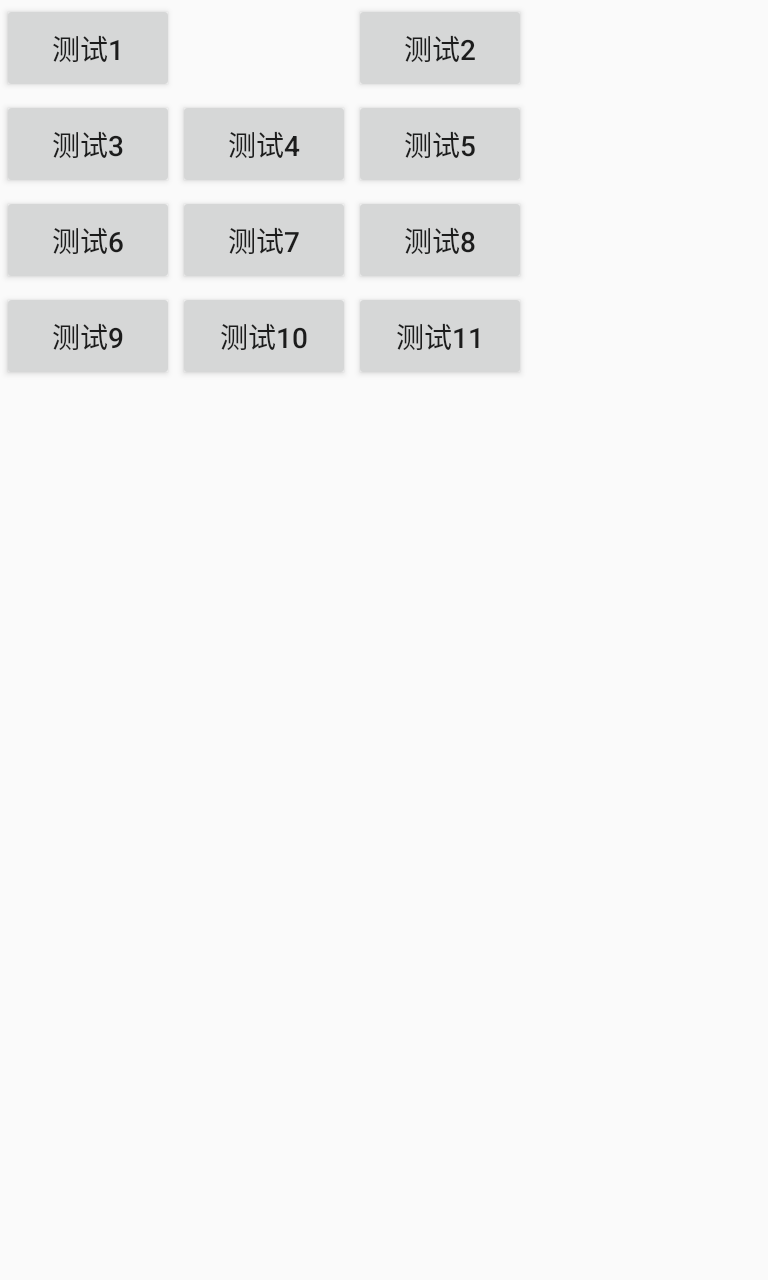
Repository: A207/guanjingjing
Layout: day4/LayoutApp/res/layout/ActivityGridLayout.xml
The author's editor kept a copy of each file at every save. The layout is drawn from the files as they stood at one save, then again after the next save.
It is drawn on a 768 x 1280 px phone screen (xhdpi) without system bars, with theme AppTheme; the app's code is not run.

Above is the layout before, as saved 2015-07-09 11:22:08.

After the next save:
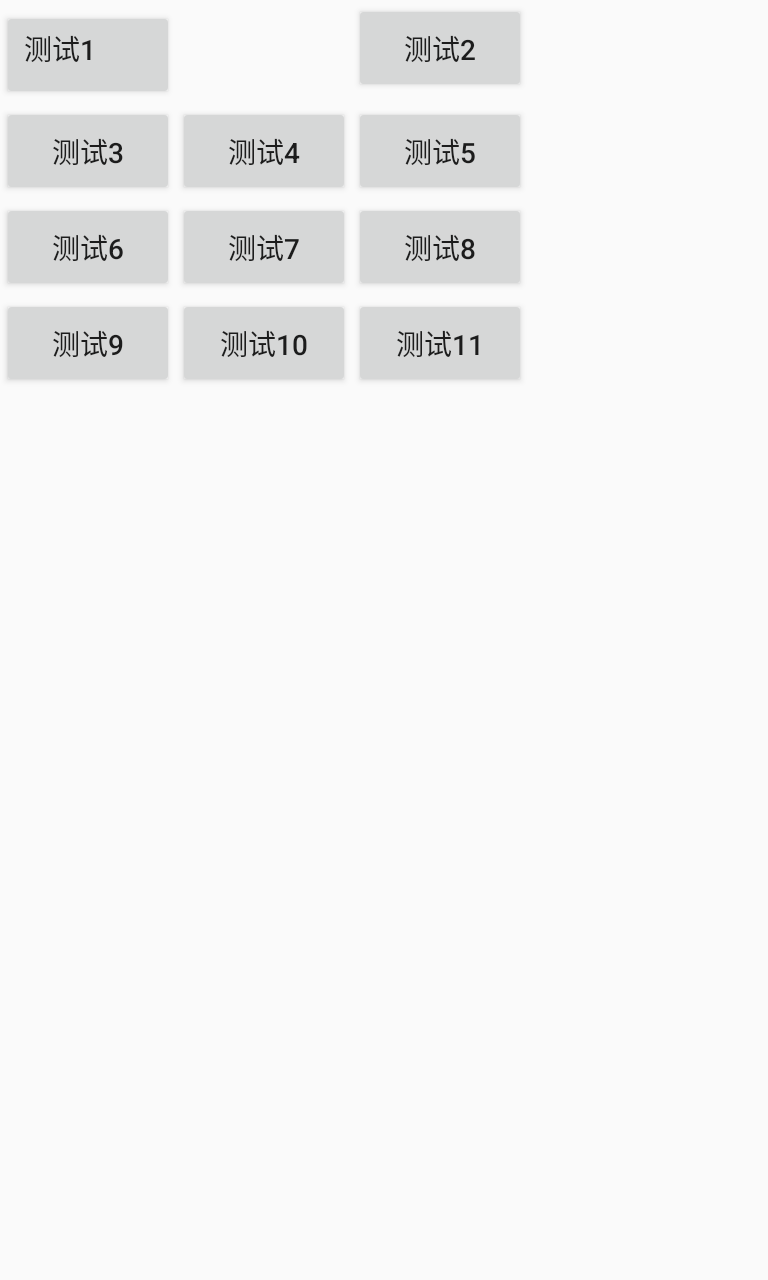
Saved 5 min 35 s later.
--- a/day4/LayoutApp/res/layout/ActivityGridLayout.xml
+++ b/day4/LayoutApp/res/layout/ActivityGridLayout.xml
@@ -12,7 +12,8 @@
         android:layout_width="wrap_content"
         android:layout_height="wrap_content"
         android:text="测试1"
-        android:layout_columnSpan="2" ><!-- 横跨两列 -->
+		android:layout_columnSpan="2"
+        android:gravity="fill_horizontal" ><!-- 横跨两列-->
     </Button>
 
     <Button
